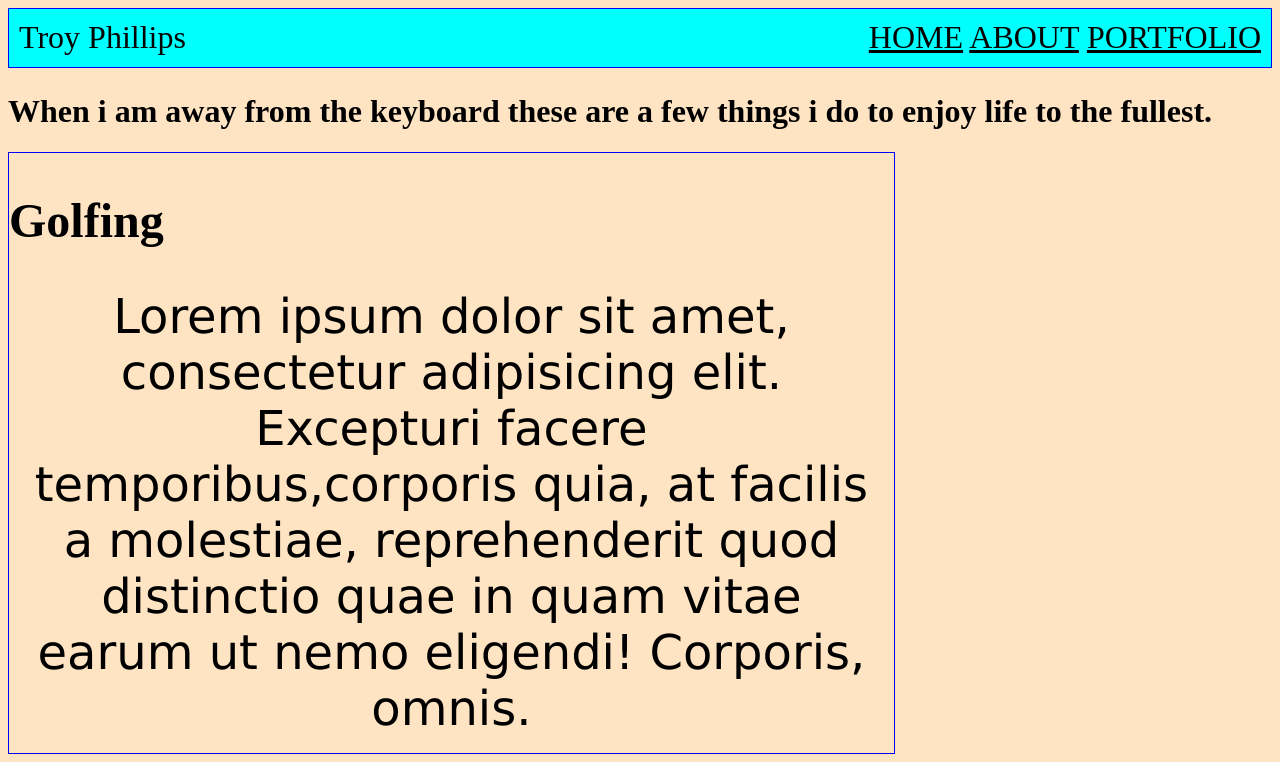
Repository: TheTroyPhillips/Personal-website
Page: about.html
These files come from the project's save history. The page is drawn as it stood at one moment and after a run of saves; the edit follows.
The browser window is 1280 px wide. The pictures show the whole page.

Above is the page before, as saved 2023-09-10 22:23:54.

### about.html
<!DOCTYPE html>
<html lang="en">
<head>
    <meta charset="UTF-8">
    <meta name="viewport" content="width=device-width, initial-scale=1.0">
    <title>Document</title>
    <link rel="stylesheet" href="style.css">
</head>
<body>
    <div class="parent">
        <div class="child">
            <span class="myname">Troy Phillips</span>
        <nav class="pages">
            <a class="active" href="/">HOME</a>
            <a href="/about.html">ABOUT</a>
            <a href="/portfolio.html">PORTFOLIO</a>
        </div>
        <h1 class="about">When i am away from the keyboard these are
            a few things i do to enjoy life to the fullest.</h1>
        <div class="childb">
            <section>
                <h2>Golfing</h2>
                <p class="pa">Lorem ipsum dolor sit amet, consectetur adipisicing elit. Excepturi facere
                     temporibus,corporis quia, at facilis a molestiae, reprehenderit quod
                      distinctio quae in quam vitae earum ut nemo eligendi! Corporis, omnis.</p>
         </div>
</body>
</html>

### style.css
.child{
    width: 100%;
    height: 60px;
    border: 1px solid blue;
    display: inline-block;
    box-sizing: border-box;
    background-color: aqua;
    padding: 10px;
}
.childb{
    width: 70%;
    height: 600px;
    border: 1px solid blue
}
.myname{
    float: left;
    font-size: 2rem;
}
.pages{
    float: right;
    font-size: 2rem;
}
.pages a.active{
    color: inherit;
}
.pages a{
    color: inherit;
}
body{
    background-color: bisque;
}
main{
    text-align: center;
    margin-left: 5%;
    margin-right: 5%;
    font-size: 1.8rem;
}
p{
    text-align: center;
    font-size: 3rem;
    font-family: Verdana, Geneva, Tahoma, sans-serif;
    margin: 130px;
}
.pa{
    margin: 10px;
}
h2{
    font-size: 3rem;
}

After the next 2 saves:
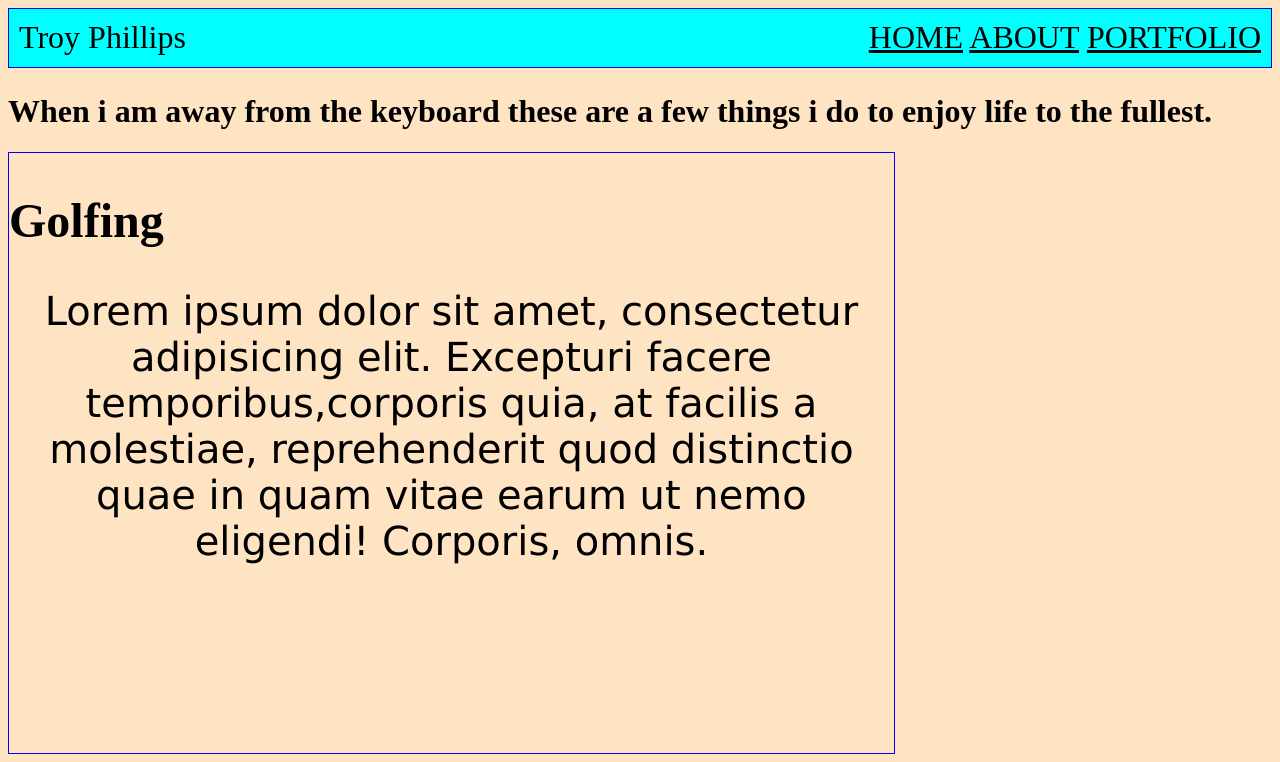
The 2 saves are shown as one change because they came seconds apart.
The last was saved 8 s later.
--- a/style.css
+++ b/style.css
@@ -37,7 +37,7 @@ main{
 }
 p{
     text-align: center;
-    font-size: 3rem;
+    font-size: 2.5rem;
     font-family: Verdana, Geneva, Tahoma, sans-serif;
     margin: 130px;
 }
